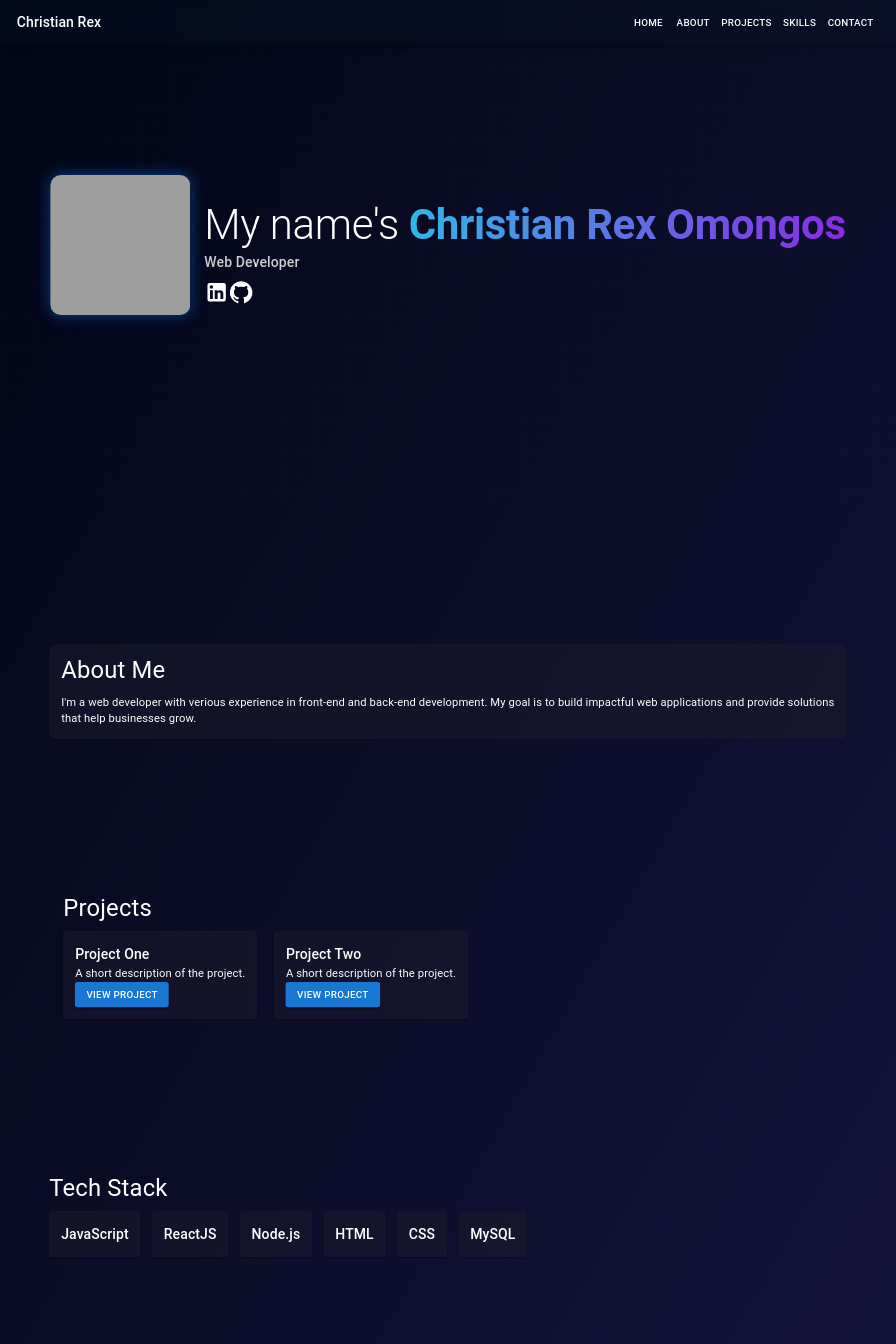
Repository: mikeshadowcoder/myWeb
Page: /
These files come from the project's save history. The page is drawn as it stood at one moment and after the next save; the edit follows.
The browser window is 1280 px wide. The pictures show the part of the page from y = 0 to 1920 px (the page is 2643 px tall), at 70% of full size.
Pictures or frames that could not be fetched are drawn as grey boxes. The project was rebuilt for these pictures with package versions that can differ from the ones it lists, and the page was loaded fresh each time.

Above is the page before, as saved 2026-01-21 20:34:33.

### src/index.js
import React from 'react';
import ReactDOM from 'react-dom/client';
import './index.css';
import App from './App';
import 'bootstrap/dist/css/bootstrap.min.css';
import "./styles/global.css";

const root = ReactDOM.createRoot(document.getElementById('root'));
root.render(
  <React.StrictMode>
    <App />
  </React.StrictMode>
);

### src/App.js
import React, {useRef} from 'react';
//import { BrowserRouter as Router, Route, Routes } from 'react-router-dom';
import Header from './components/Header';
import Home from './components/Home';
import AboutMe from './components/AboutMe';
import Content from './components/Content';
import Skills from './components/Skills';
import Contact from './components/Contact';
import Footer from './components/Footer';
import Box from '@mui/material/Box';
import BackgroundShapes from './components/BackgroundShapes'


const App = () => {
  const homeRef = useRef(null);
  const aboutRef = useRef(null);
  const contentRef = useRef(null);
  const skillsRef = useRef(null);
  const contactRef = useRef(null);

  // Function to handle smooth scrolling
  const scrollToSection = (ref) => {
    const headerOffset = 200; // Adjust based on your AppBar height (default MUI AppBar is ~64px)
    const elementPosition = ref.current.getBoundingClientRect().top + window.scrollY;
    const offsetPosition = elementPosition - headerOffset;

    window.scrollTo({
      top: offsetPosition,
      behavior: "smooth",
    });
  };


  return (
    <div>
      {/* Pass the scroll function to Header for navigation */}
      <BackgroundShapes/>
      <Header
        onScrollToSection={{
          home: () => scrollToSection(homeRef),
          about: () => scrollToSection(aboutRef),
          content: () => scrollToSection(contentRef),
          skills: () => scrollToSection(skillsRef),
          contact: () => scrollToSection(contactRef),
        }}
      />
      <Box sx={{
        maxWidth: "89%",
        margin: "auto",
        // border: "2px solid red"
      }}>
       {/* Sections with attached refs */}
      <section ref={homeRef}>
        <Home />
      </section>

       <section ref={aboutRef}>
        <AboutMe />
      </section>

      <section ref={contentRef}>
        <Content />
      </section>

      <section ref={skillsRef}>
        <Skills />
      </section>

      <section ref={contactRef}>
        <Contact />
      </section>
      </Box>
      <section>
        <Footer/>
      </section>
    </div>
  );
};

export default App;

### src/styles/global.css
body {
    min-height: 100vh;
  background:
    linear-gradient(120deg, #020617, #1e1b4b, #312e81, #0f172a);
  background-size: 400% 400%;
  /* animation: gradientShift 30s ease infinite; */
    color: white;
    margin: 0;
    padding: 0;
    font-family: 'Arial', sans-serif;
  }

  /* @keyframes gradientShift {
  0%   { background-position: 0% 50%; }
  50%  { background-position: 100% 50%; }
  100% { background-position: 0% 50%; }
} */

/* @media (prefers-reduced-motion: reduce) {
  body {
    animation: none;
  }
} */

.gradient-text {
  background: linear-gradient(90deg, rgb(50, 182, 230), rgb(138, 43, 226)); /* Customize here */
  -webkit-background-clip: text;
  background-clip: text;
  -webkit-text-fill-color: transparent;
  color: transparent;
}

### src/components/Header.js
import React from 'react';
import { AppBar, Toolbar, Typography, Button } from '@mui/material';
import "../styles/header.css";
//import { Link } from 'react-router-dom';

const Header = ({onScrollToSection}) => {
  return (
    <AppBar className="header">
      <Toolbar>
        <Typography variant="h6" sx={{flexGrow:1}}>
          Christian Rex
        </Typography>
        <Button color="inherit" onClick={onScrollToSection.home}>Home</Button>
        <Button color="inherit" onClick={onScrollToSection.about}>About</Button>
        <Button color="inherit" onClick={onScrollToSection.content}>Projects</Button>
        <Button color="inherit" onClick={onScrollToSection.skills}>Skills</Button>
        <Button color="inherit" onClick={onScrollToSection.contact}>Contact</Button>
      </Toolbar>
    </AppBar>
  )
};

export default Header;

### src/components/Home.js
import React from "react";
import { Box, Typography, Button } from "@mui/material";
import LinkedInIcon from "@mui/icons-material/LinkedIn";
import GitHubIcon from "@mui/icons-material/GitHub";
// import FacebookIcon from "@mui/icons-material/Facebook";
import profilePic from "../assets/images/profilePic.jpg";

const Home = () => {
  return (
    <Box
      sx={{
        display: "flex",
        alignItems: "center",
        justifyContent: "center",
        minHeight: "100vh",
        color: "white",
        width: "100%",
        textAlign: "center",
      }}
    >
      <Box
        sx={{
          display: "flex",
          alignItems: "center",
          gap: "20px", // Space between image and text
          flexWrap: "wrap", // Ensures responsiveness
        }}
      >
      {/* Profile Image */}
      <Box
        component="img"
        src={profilePic} //Profile Picture
        alt="Profile"
        sx={{
          width: "200px",
          height: "200px",
          borderRadius: "15px",
          boxShadow: "0 0 20px rgba(0, 123, 255, 0.5)",
          marginBottom: "20px",
          objectFit: "cover"
        }}
      />

      {/* Text Section */}
      <Box sx={{ textAlign: "left"}}>
        <Typography variant="h2">
          My name's {" "}
          <Typography variant="h2" component="span" className="gradient-text" sx={{ fontWeight: "bold" }}>Christian Rex Omongos</Typography>
        </Typography>

        <Typography variant="h6" sx={{ marginBottom: "10px", opacity: 0.8 }}>
          Web Developer
        </Typography>

        {/* Social Media Icons */}
        <Box sx={{ display: "flex",}}>
          <Button href="https://linkedin.com/in/christianrex/" target="_blank" sx={{ color: "white", minWidth: 0, padding: 0 }}>
            <LinkedInIcon fontSize="large" />
          </Button>
          <Button href="https://github.com/mikeshadowcoder" target="_blank" sx={{ color: "white", minWidth: 0, padding: 0 }}>
            <GitHubIcon fontSize="large" />
          </Button>
        </Box>
      </Box>
    </Box>
  </Box>
  );
};

export default Home;

### src/components/AboutMe.js
import React from 'react';
import { Typography, Box } from '@mui/material';
import "../styles/boxStyling.css"

const AboutMe = () => {

  return (
    <Box sx={{ mt: 25, mb: 25, width: "100%" }}>
      <Box className="box-container">
        <Typography variant="h4" gutterBottom>About Me</Typography>
          <Typography>
            I'm a web developer with verious experience in front-end and back-end development.
            My goal is to build impactful web applications and provide solutions that
            help businesses grow.
          </Typography>
      </Box>
    </Box>
  );
};

export default AboutMe;

### src/components/Content.js
import React from 'react';
import { Grid2, Paper, Typography, Button, Box } from '@mui/material';
// import MacWindowHeader from './UI/MacWindowHeader';
import "../styles/boxStyling.css";

const Content = () => {
  const projects = [
    {
      title: 'Project One',
      description: 'A short description of the project.',
      link: 'https://github.com/your-repo/project-one',
    },
    {
      title: 'Project Two',
      description: 'A short description of the project.',
      link: 'https://github.com/your-repo/project-two',
    },
    // Add more projects here
  ];

  return (
  <Box>
    {/* <MacWindowHeader/> */}
    <Box sx={{ padding: "20px"}}>

        <Typography variant="h4" gutterBottom>Projects</Typography>
        <Grid2 container spacing={3}>
          {projects.map((project, index) => (
            <Grid2 item xs={12} sm={6} key={index}>
              <Paper className='box-container' sx={{ padding: 2, bgcolor: 'rgba(26, 26, 46, 0.6)', color: 'rgba(255, 255, 255, 1)'}}>
                <Typography variant="h6">{project.title}</Typography>
                <Typography>{project.description}</Typography>
                <Button variant="contained" href={project.link} target="_blank">
                  View Project
                </Button>
              </Paper>
            </Grid2>
          ))}
        </Grid2>

    </Box>
  </Box>
  );
};

export default Content;

### src/components/Skills.js
import React from 'react';
import { Grid2, Paper, Typography, Box } from '@mui/material';
import "../styles/boxStyling.css"

const Skills = () => {
  const skills = ['JavaScript', 'ReactJS', 'Node.js', 'HTML', 'CSS', 'MySQL'];

  return (
    <Box sx={{ mt: 25, width: "100%", }}>
      <Typography variant="h4" gutterBottom >Tech Stack</Typography>
      <Box> {/* REDUNDANT might remove later*/}
      <Grid2 container spacing={2} >
        {skills.map((skill, index) => (
          <Grid2 item xs={12} sm={6} md={4} key={index}>
            <Paper className="box-container" sx={{ padding: 2, textAlign: 'center', bgcolor: 'rgba(26, 26, 46, 0.6)', color: 'rgba(255, 255, 255, 1)' }}>
              <Typography variant="h6">{skill}</Typography>
            </Paper>
          </Grid2>
        ))}
      </Grid2>
      </Box>

    </Box>
  );
};

export default Skills;

### src/components/Contact.js
import React, { useState } from 'react';
import { Typography, TextField, Button, Box, Alert } from '@mui/material';
import "../styles/boxStyling.css"

const Contact = () => {
  const [success, setSuccess] = useState(false);
  const [error, setError] = useState(false);

  const handleSubmit = async (event) => {
    event.preventDefault();
    setError(false);
    setSuccess(false);

    const formData = new FormData(event.target);

    try {
      const response = await fetch("https://formsubmit.co/bufferingupbruh1994@gmail.com", {
        method: "POST",
        body: formData,
      });

      if (response.ok) {
        setSuccess(true);
        event.target.reset(); // Reset the form after success
        setTimeout(() => setSuccess(false), 5000);
      } else {
        setError(true);
        setTimeout(() => setError(false), 5000);

      }
    } catch (err) {
      setError(true);
      setTimeout(() => setError(false), 5000);
    }
  }


  return (
    <Box
    sx={{
      p: 4,
      mt: 25,
      mb: 10
    }}
    >
      <Typography variant="h4" gutterBottom>Contact Me</Typography>
      <Box className="box-container" >
        {/* Success Message */}
        {success && <Alert severity="success">Message sent</Alert>}
        {error && <Alert severity="error">Failed to send message. Please try again.</Alert>}
        <form onSubmit={handleSubmit}>

          <input type="hidden" name="_captcha" value="false" />

          {/*Subject*/}
          <TextField
          label="Subject"
          name="Subject"
          fullWidth
          margin="normal"
          required
          slotProps={{inputLabel: { style: { color: "white" } } }} // Make label white
          sx={{
            input: { color: "white" },
            "& .MuiOutlinedInput-root": {
              "& fieldset": { borderColor: "white" }, // Border color
              "&:hover fieldset": { borderColor: "#ccc" }, // Hover effect
              },
            }}
          />

          {/*Email*/}
          <TextField label="Your Email"
          name="Email"
          type="email"
          fullWidth
          margin="normal"
          required
          slotProps={{inputLabel: { style: { color: "white" } } }} // Make label white
          sx={{
            input: { color: "white" },
            "& .MuiOutlinedInput-root": {
              "& fieldset": { borderColor: "white" }, // Border color
              "&:hover fieldset": { borderColor: "#ccc" }, // Hover effect
              },
            }}
          />

          {/*Message*/}
          <TextField label="Your Message"
          name="Message"
          fullWidth
          multiline
          rows={4}
          margin="normal"
          slotProps={{inputLabel: { style: { color: "white" } } }} // Make label white
          sx={{
            "& textarea": {color: "white"},
            "& .MuiOutlinedInput-root": {
              "& fieldset": { borderColor: "white" }, // Border color
              "&:hover fieldset": { borderColor: "#ccc" }, // Hover effect
              },
            }}
          />
          <Button type="submit" variant="contained" sx={{ mt: 2 }}>Send Message</Button>
        </form>
        </Box>
    </Box>
  );
};

export default Contact;

### src/components/Footer.js
import React from 'react';
import { Box, Typography } from "@mui/material";


const Footer = () => {
    return (
        <Box
            sx={{
                width: "100%",
                color: "white",
                textAlign: "center",
                mt: 4,
                mb: 2,
                borderTop: "1px solid rgba(255, 255, 255, 0.08)",
                pt: 2,
            }}
        >
            <Typography variant="body2" sx={{ color: " rgba(255, 255, 255, 0.5) "}}>
                © {new Date().getFullYear()} Christain Rex Omongos. All Rights Reserved.
            </Typography>
        </Box>
    )
}

export default Footer;

### src/components/BackgroundShapes.js
import React from "react";
import "../styles/background.css"; // Import styles

const BackgroundShapes = () => {
  return (
    <>
    <div className="grid-container">
      {/* <svg class="bg" viewBox="0 0 100 100" preserveAspectRatio="xMidYMid slice">
        <defs>
          <linearGradient id="g1">
            <stop offset="0%" stop-color="#7c3aed"/>
            <stop offset="100%" stop-color="#22d3ee"/>
          </linearGradient>
        </defs>
        <circle cx="30" cy="40" r="35" fill="url(#g1)" opacity="0.25" />
      </svg> */}
      <div className="gradient-blobs" />
    </div>
    </>
  );
};

export default BackgroundShapes;

### src/styles/header.css
.header {
  position: sticky;
  scroll-behavior: smooth;
  background-color: rgba(5, 19, 35, .4) !important;
  backdrop-filter: blur(80px);
  color: #ffffff !important;
  /* z-index: 1200 !important; */
  overflow: hidden;
}

### src/styles/boxStyling.css
.box-container {
    width: 100%;
    /* height: 400px; */
    padding: 16px;
    border-radius: 12px;
    border: 1px solid transparent;
    /* background: linear-gradient(to bottom right, rgba(26, 26, 46, 0.6), rgba(22, 33, 62, 0.6)); */
    background: rgba( 26, 26, 46, 0.6);
    transition: border 0.3s ease-in-out, box-shadow 0.3s ease-in-out;
  }

  .box-container:hover {
    border: 1px solid #3b82f6;
    box-shadow: 0px 0px 10px rgba(59, 130, 246, 0.5);
  }

  /* .test {
    color: rgb(99, 102, 241);
    background-image: linear-gradient(45deg, rgb(99, 102, 241) 10%, rgb(168, 85, 247) 93%);
    background-clip: text;
    -webkit-text-fill-color: transparent;
    font-weight: 800 !important;
  } */

### src/styles/background.css
/* Background Shapes and Grid Overlay */
.grid-container{
  position: fixed;
  top: 0;
  left: 0;
  width: 100%;
  height: 100%;
  background-image:
    linear-gradient(rgba(255, 255, 255, 0.04) 1px, transparent 1px),
    linear-gradient(90deg, rgba(255, 255, 255, 0.04) 1px, transparent 1px);
  background-size: 25px 25px; /* Grid spacing */
  opacity: 0.3;
  z-index: -1;
  pointer-events: none;
}

Loaded but not shown: public/index.html (common file); src/index.css (common file)

After the next save:
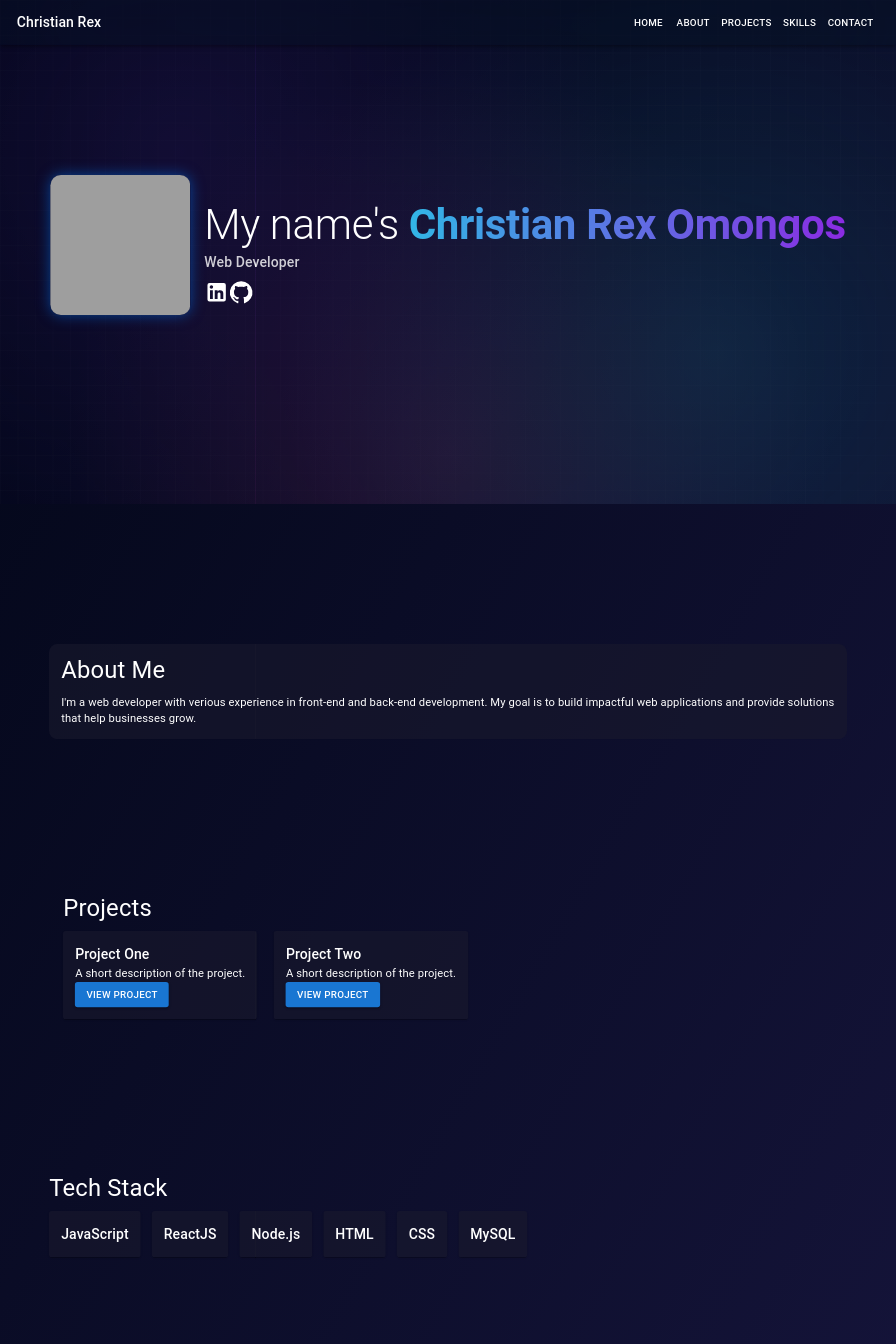
Saved 72 s later.
--- a/src/styles/background.css
+++ b/src/styles/background.css
@@ -13,3 +13,24 @@
   z-index: -1;
   pointer-events: none;
 }
+
+.gradient-blobs {
+  position: fixed;
+  inset: 0;
+  z-index: -1;
+  pointer-events: none;
+
+  background:
+    radial-gradient(circle at 20% 30%, #7c3aed66, transparent 55%),
+    radial-gradient(circle at 80% 70%, #22d3ee66, transparent 55%),
+    radial-gradient(circle at 50% 90%, #ec489966, transparent 60%);
+
+  animation: blobDrift 45s ease-in-out infinite;
+  will-change: background-position;
+}
+
+@keyframes blobDrift {
+  0%   { background-position: 0% 0%, 100% 100%, 50% 100%; }
+  50%  { background-position: 20% 30%, 80% 60%, 50% 80%; }
+  100% { background-position: 0% 0%, 100% 100%, 50% 100%; }
+}

After the 2 saves that followed:
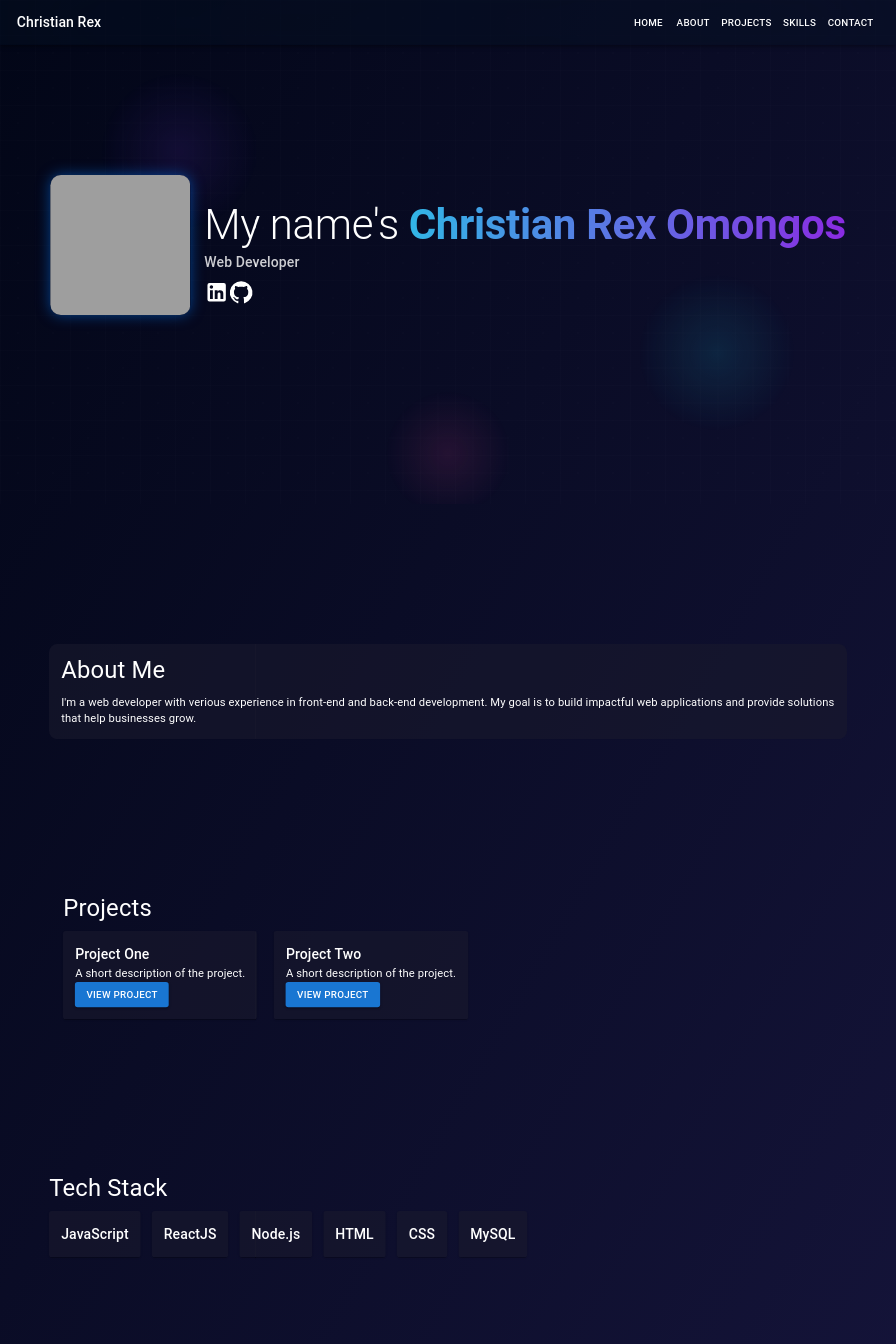
The 2 saves are shown as one change because 1 left the picture as it was.
The last was saved 68 s later.
--- a/src/styles/background.css
+++ b/src/styles/background.css
@@ -21,11 +21,11 @@
   pointer-events: none;
 
   background:
-    radial-gradient(circle at 20% 30%, #7c3aed66, transparent 55%),
-    radial-gradient(circle at 80% 70%, #22d3ee66, transparent 55%),
-    radial-gradient(circle at 50% 90%, #ec489966, transparent 60%);
+    radial-gradient(circle at 20% 30%, #7c3aed66, transparent 10%),
+    radial-gradient(circle at 80% 70%, #22d3ee66, transparent 10%),
+    radial-gradient(circle at 50% 90%, #ec489966, transparent 10%);
 
-  animation: blobDrift 45s ease-in-out infinite;
+  animation: blobDrift 20s ease-in-out infinite;
   will-change: background-position;
 }
 
